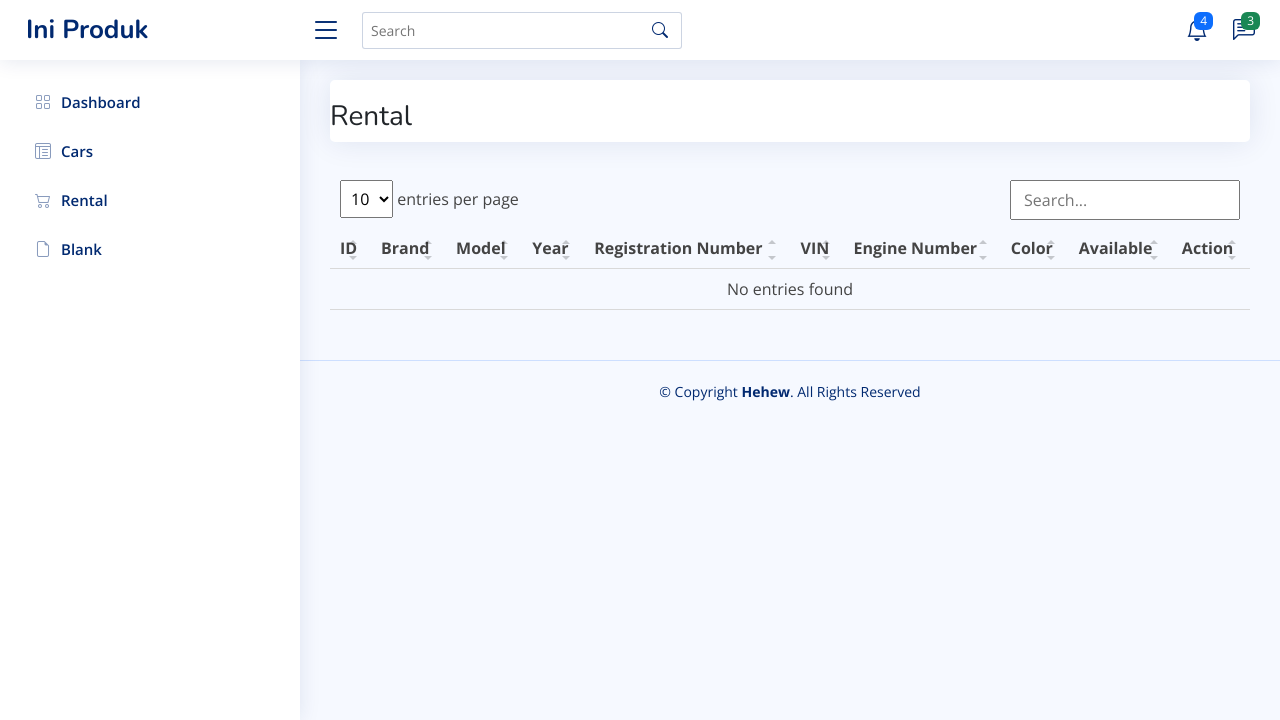
Repository: Jistoper/car_rental
Page: resources/views/backsite/content/rent/renttable.blade.php
These files come from the project's save history. The page is drawn as it stood at one moment and after the next save; the edit follows.
The browser window is 1280 px wide. The pictures show the whole page.
The page is served by the project's Laravel application, run on PHP 8.4 with Laravel 9. The template is opened directly, without the code that normally fills it, so the values that code supplies are empty.

Above is the page before, as saved 2023-06-25 16:17:23.

After the next save:
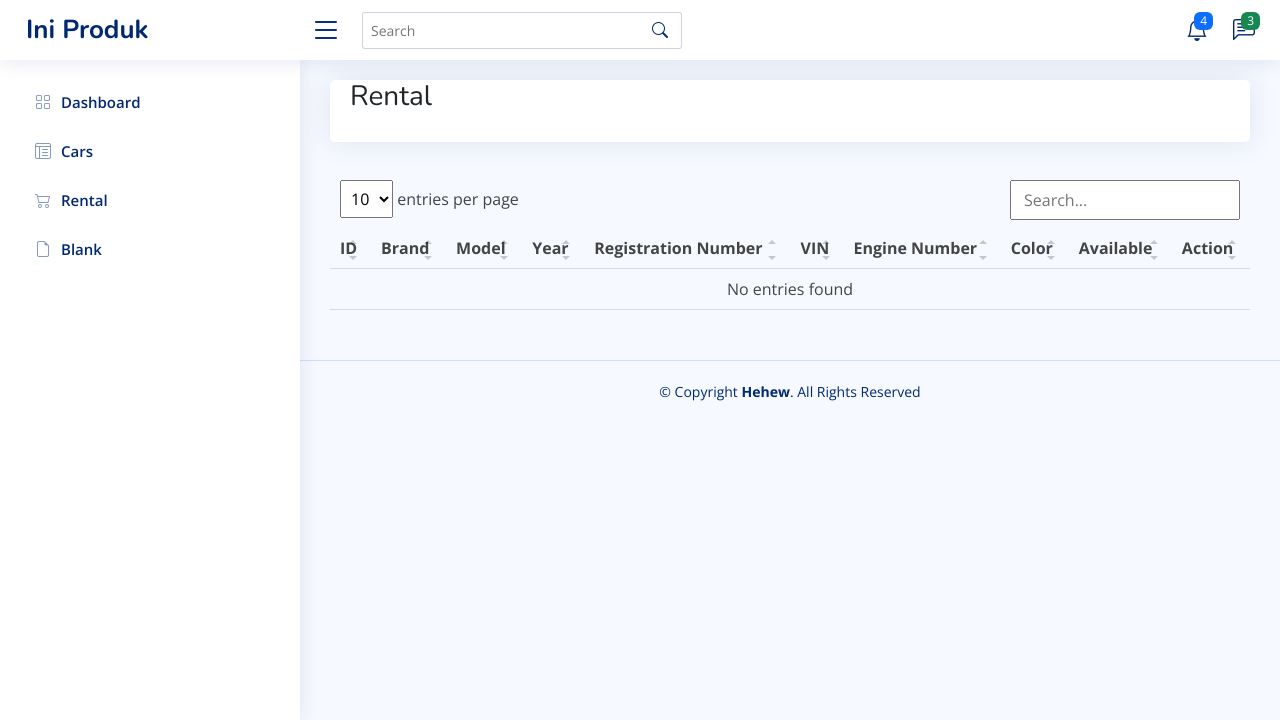
Saved 12 s later.
--- a/resources/views/backsite/content/rent/renttable.blade.php
+++ b/resources/views/backsite/content/rent/renttable.blade.php
@@ -4,8 +4,9 @@
 
 <div>
     <div class="card">
-        <div class="card-body"></div>
-        <h3>Rental</h3>
+        <div class="card-body">
+            <h3>Rental</h3>
+        </div>
     </div>
     <table class="table datatable">
         <thead>
